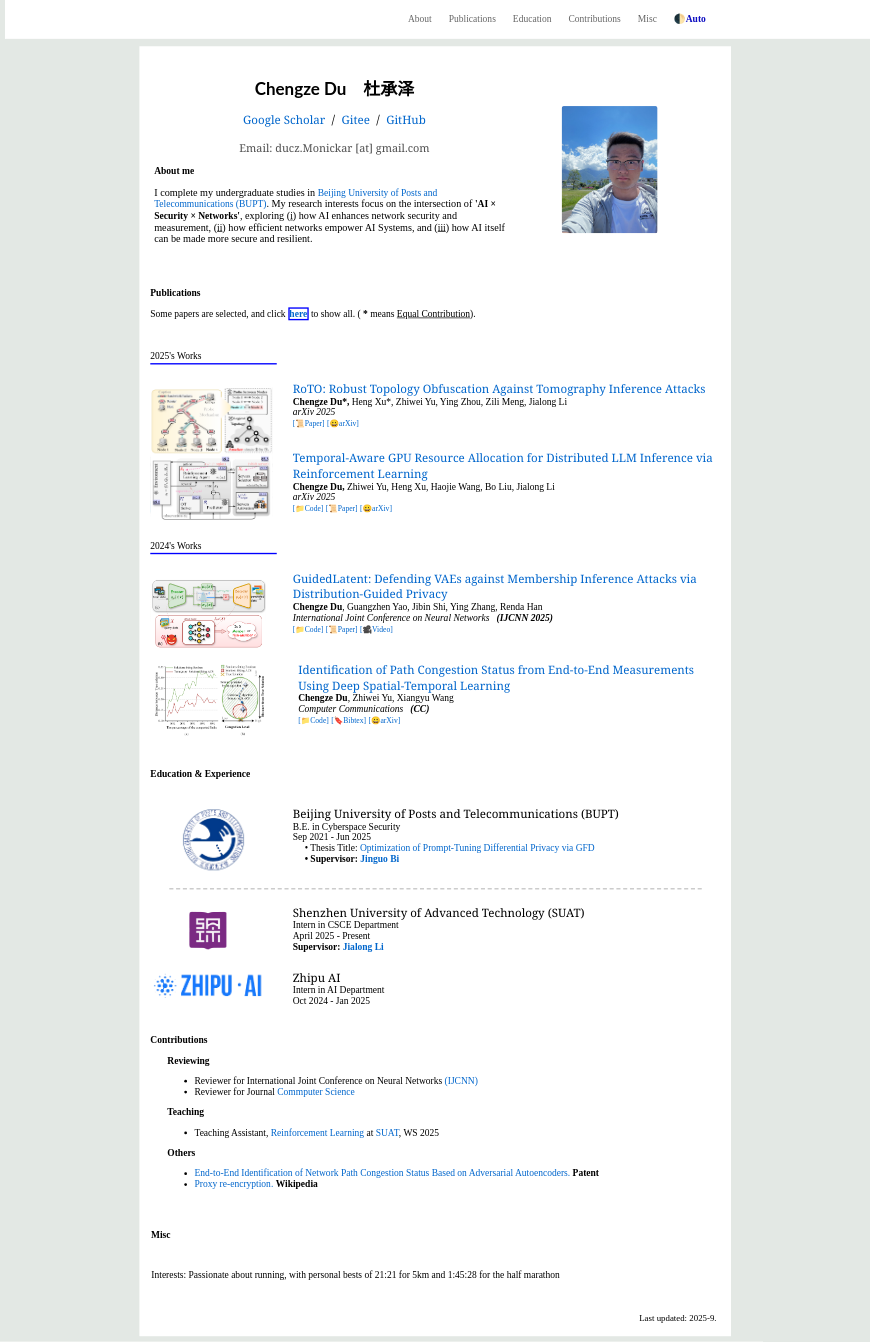
Repository: Monickar/Monickar.github.io
Page: index.html
The author's editor kept a copy of each file at every save. The page is drawn from the files as they stood at one save, then again after the next save.
The browser window is 1280 px wide. The pictures show the whole page, at 68% of full size.

Above is the page before, as saved 2025-10-28 18:50:13.

After the next save:
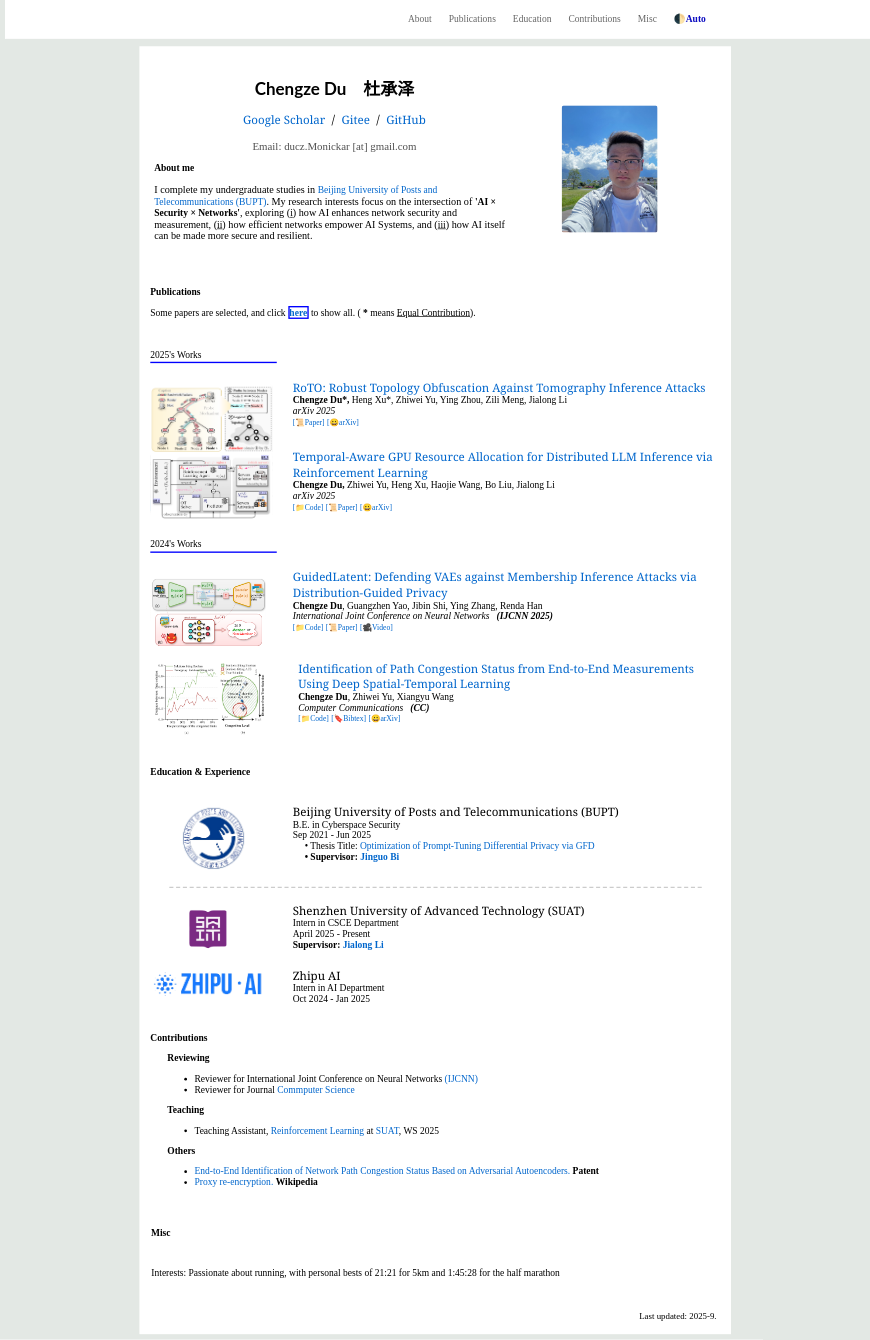
Saved 28 s later.
--- a/index.html
+++ b/index.html
@@ -60,7 +60,7 @@
                   <a href="https://github.com/Monickar" class="papertitle">GitHub</a>
                 </p>
 
-                <p style="text-align:center; font-size: 16px; font-family: Georgia; color: rgb(80, 80, 80);">
+                <p style="text-align:center; font-size: 16px; font-family: serif; color: rgb(80, 80, 80);">
                 Email: ducz.Monickar [at] gmail.com
                 </p>
                 <h2>About me</h2>

After the save that followed:
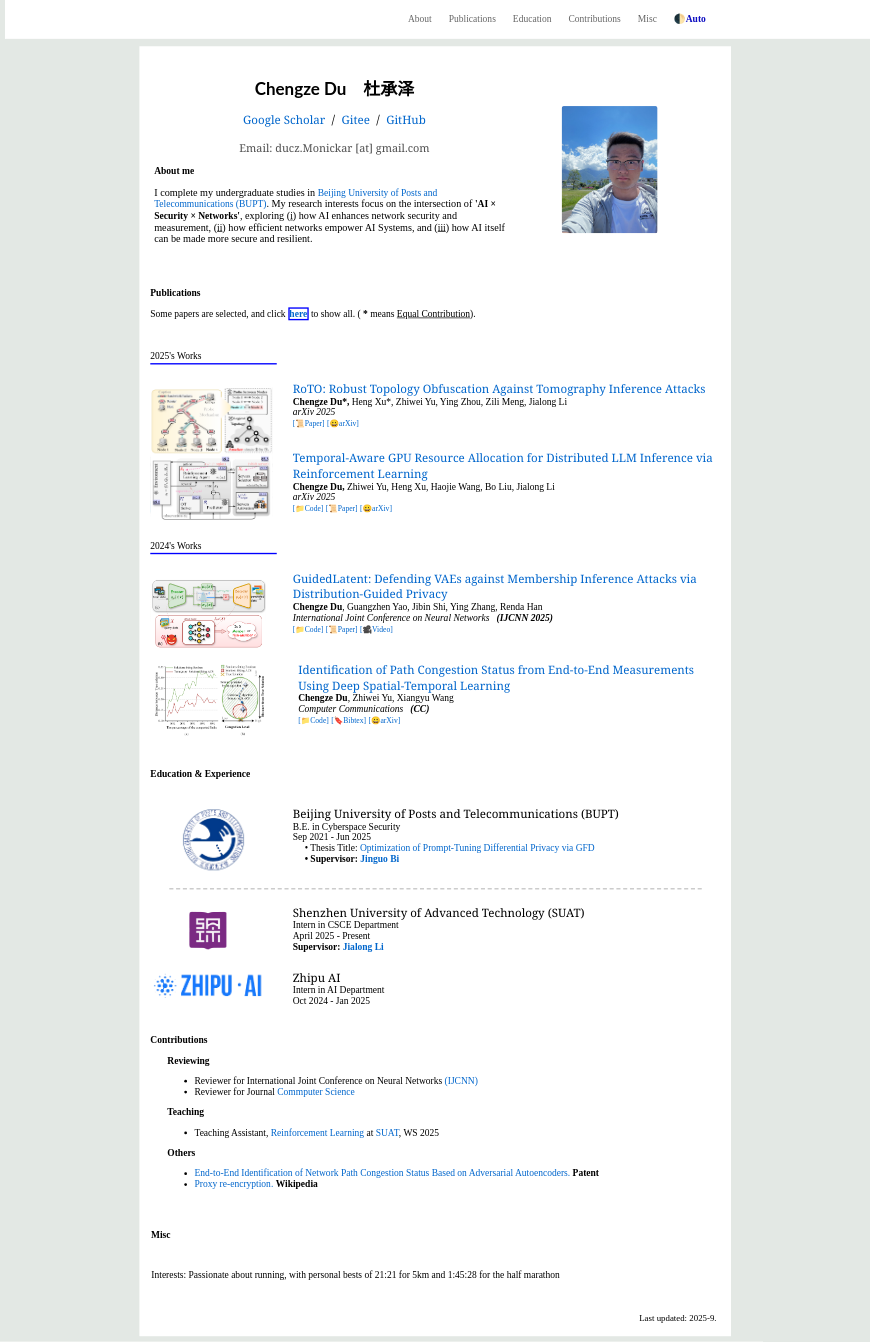
Saved 18 s later.
--- a/index.html
+++ b/index.html
@@ -60,7 +60,7 @@
                   <a href="https://github.com/Monickar" class="papertitle">GitHub</a>
                 </p>
 
-                <p style="text-align:center; font-size: 16px; font-family: serif; color: rgb(80, 80, 80);">
+                <p style="text-align:center; font-size: 16px; font-family: Cambria; color: rgb(80, 80, 80);">
                 Email: ducz.Monickar [at] gmail.com
                 </p>
                 <h2>About me</h2>
